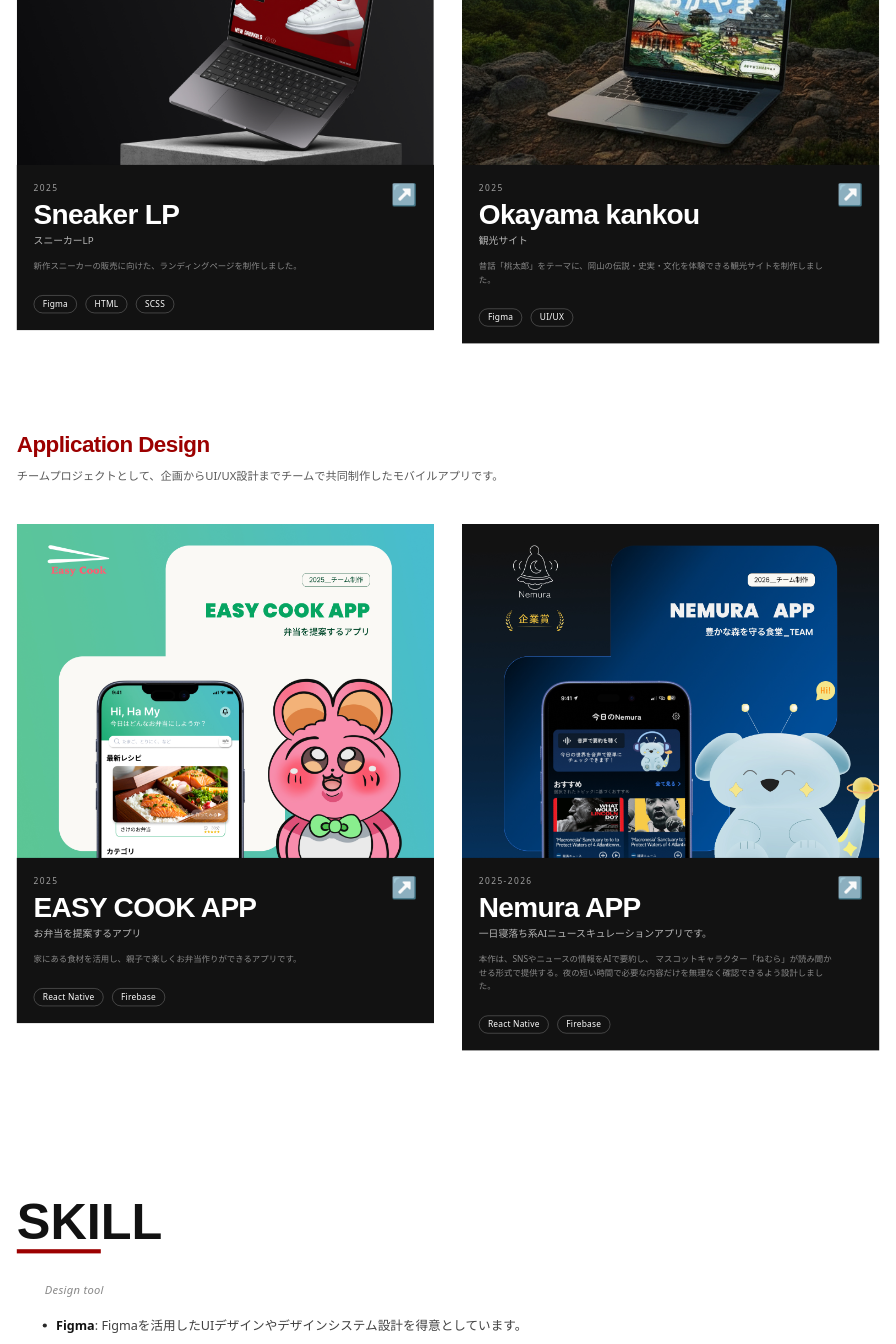
Repository: meme2603/Portfolio-HaMy
Page: / (app in my-portfolio/)
An editor plug-in stored every save of this project. The page is shown before and after the next save, followed by the edit.
The browser window is 1280 px wide. The pictures show the part of the page from y = 2992 to 4912 px (the page is 6104 px tall), at 70% of full size.
Some web fonts or font styles are not loaded; a fallback is used. The project was rebuilt for these pictures with package versions that can differ from the ones it lists, and the page was loaded fresh each time. Also part of the build but not shown: my-portfolio/vite.config.js, my-portfolio/src/pages/ProjectDetail.jsx.

Above is the page before, as saved 2026-06-12 15:31:39.

After the next save:
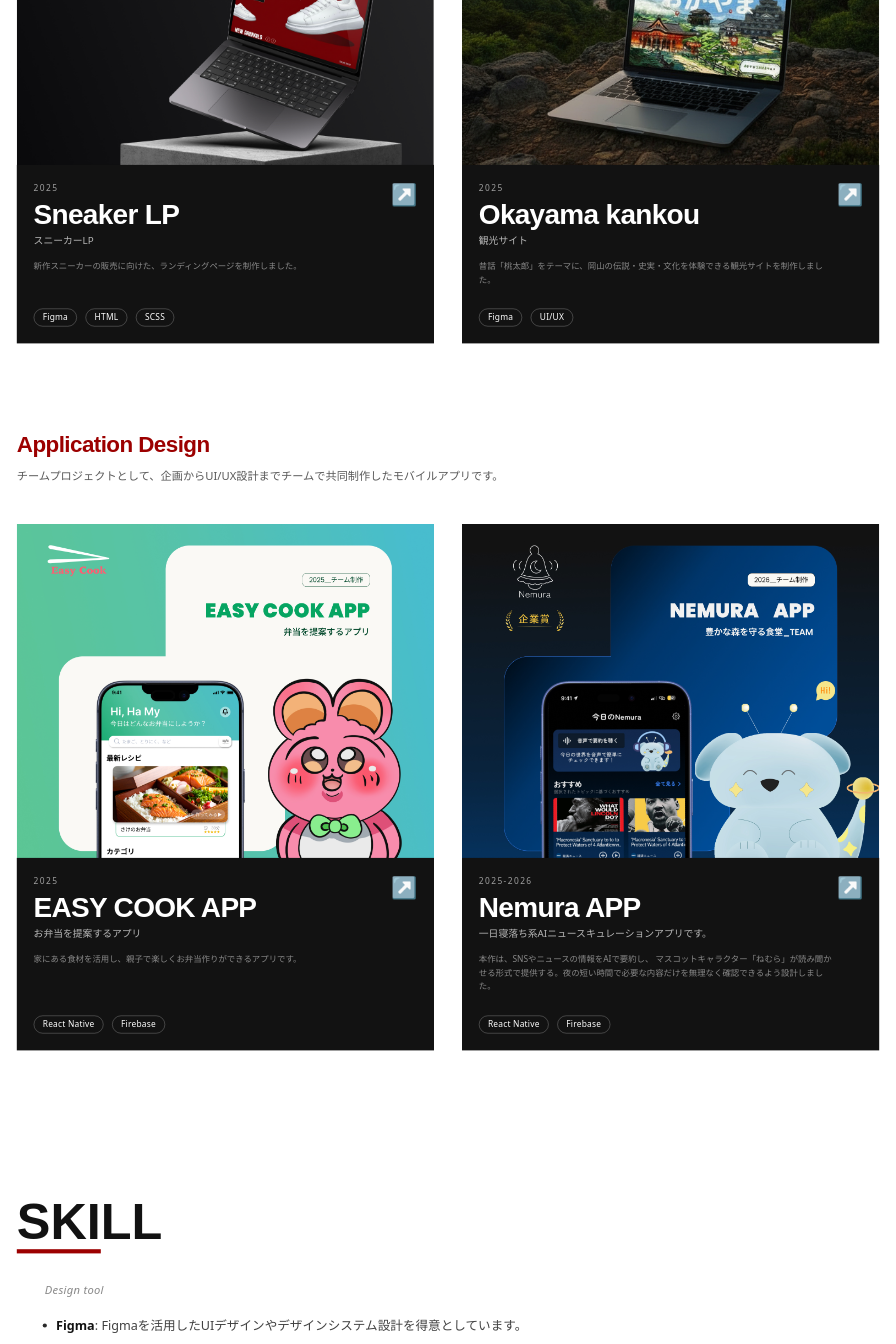
Saved 4 min 51 s later.
--- a/my-portfolio/src/components/ProjectCard.jsx
+++ b/my-portfolio/src/components/ProjectCard.jsx
@@ -20,7 +20,7 @@ function ProjectCard({ id, year, title, titleJP, description, tags, image }) {
           />
         </div>
 
-        <div className="bg-font text-background px-6 py-6 ">
+        <div className="bg-font text-background px-6 py-6 flex flex-col flex-grow justify-between ">
           <div className="flex items-start justify-between">
             <div>
               <p className="text-[12px] tracking-[2px] text-background/60 ">
